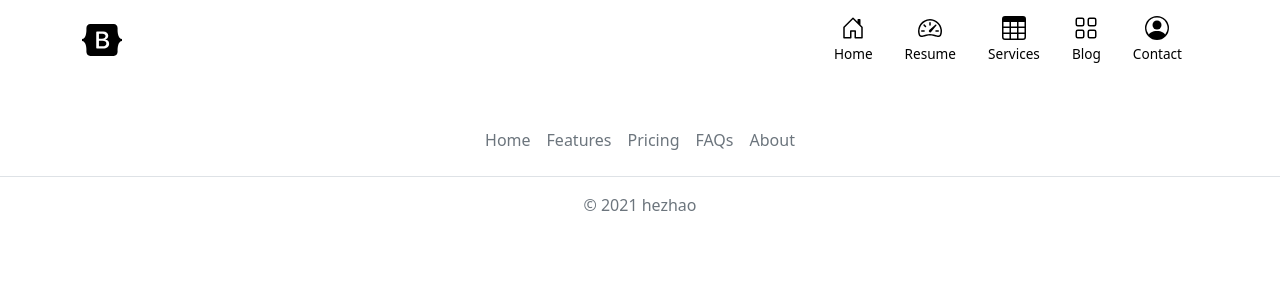
Repository: HeZhao-hugh/personal-web
Page: index.html
These files come from the project's save history. The page is drawn as it stood at one moment and after the next save; the edit follows.
The browser window is 1280 px wide. The pictures show the whole page.

Above is the page before, as saved 2022-01-19 17:48:11.

### index.html
<!DOCTYPE html>
<html lang="en">

<head>
    <meta charset="UTF-8">
    <meta http-equiv="X-UA-Compatible" content="IE=edge">
    <meta name="viewport" content="width=device-width, initial-scale=1.0">
    <link href="https://cdn.jsdelivr.net/npm/bootstrap@5.1.3/dist/css/bootstrap.min.css" rel="stylesheet"
        integrity="sha384-1BmE4kWBq78iYhFldvKuhfTAU6auU8tT94WrHftjDbrCEXSU1oBoqyl2QvZ6jIW3" crossorigin="anonymous">
    <script src="https://cdn.jsdelivr.net/npm/bootstrap@5.1.3/dist/js/bootstrap.bundle.min.js"
        integrity="sha384-ka7Sk0Gln4gmtz2MlQnikT1wXgYsOg+OMhuP+IlRH9sENBO0LRn5q+8nbTov4+1p" crossorigin="anonymous">
    </script>

    <!-- Custom styles for this template -->
    <link href="style.css" rel="stylesheet">
    <title>Document</title>
</head>

<body>
    <svg xmlns="http://www.w3.org/2000/svg" style="display: none;">
        <symbol id="bootstrap" viewBox="0 0 118 94">
            <title>Bootstrap</title>
            <path fill-rule="evenodd" clip-rule="evenodd"
                d="M24.509 0c-6.733 0-11.715 5.893-11.492 12.284.214 6.14-.064 14.092-2.066 20.577C8.943 39.365 5.547 43.485 0 44.014v5.972c5.547.529 8.943 4.649 10.951 11.153 2.002 6.485 2.28 14.437 2.066 20.577C12.794 88.106 17.776 94 24.51 94H93.5c6.733 0 11.714-5.893 11.491-12.284-.214-6.14.064-14.092 2.066-20.577 2.009-6.504 5.396-10.624 10.943-11.153v-5.972c-5.547-.529-8.934-4.649-10.943-11.153-2.002-6.484-2.28-14.437-2.066-20.577C105.214 5.894 100.233 0 93.5 0H24.508zM80 57.863C80 66.663 73.436 72 62.543 72H44a2 2 0 01-2-2V24a2 2 0 012-2h18.437c9.083 0 15.044 4.92 15.044 12.474 0 5.302-4.01 10.049-9.119 10.88v.277C75.317 46.394 80 51.21 80 57.863zM60.521 28.34H49.948v14.934h8.905c6.884 0 10.68-2.772 10.68-7.727 0-4.643-3.264-7.207-9.012-7.207zM49.948 49.2v16.458H60.91c7.167 0 10.964-2.876 10.964-8.281 0-5.406-3.903-8.178-11.425-8.178H49.948z">
            </path>
        </symbol>
        <symbol id="Home" viewBox="0 0 16 16">
            <path
                d="M8.354 1.146a.5.5 0 0 0-.708 0l-6 6A.5.5 0 0 0 1.5 7.5v7a.5.5 0 0 0 .5.5h4.5a.5.5 0 0 0 .5-.5v-4h2v4a.5.5 0 0 0 .5.5H14a.5.5 0 0 0 .5-.5v-7a.5.5 0 0 0-.146-.354L13 5.793V2.5a.5.5 0 0 0-.5-.5h-1a.5.5 0 0 0-.5.5v1.293L8.354 1.146zM2.5 14V7.707l5.5-5.5 5.5 5.5V14H10v-4a.5.5 0 0 0-.5-.5h-3a.5.5 0 0 0-.5.5v4H2.5z" />
        </symbol>
        <symbol id="Resume" viewBox="0 0 16 16">
            <path
                d="M8 4a.5.5 0 0 1 .5.5V6a.5.5 0 0 1-1 0V4.5A.5.5 0 0 1 8 4zM3.732 5.732a.5.5 0 0 1 .707 0l.915.914a.5.5 0 1 1-.708.708l-.914-.915a.5.5 0 0 1 0-.707zM2 10a.5.5 0 0 1 .5-.5h1.586a.5.5 0 0 1 0 1H2.5A.5.5 0 0 1 2 10zm9.5 0a.5.5 0 0 1 .5-.5h1.5a.5.5 0 0 1 0 1H12a.5.5 0 0 1-.5-.5zm.754-4.246a.389.389 0 0 0-.527-.02L7.547 9.31a.91.91 0 1 0 1.302 1.258l3.434-4.297a.389.389 0 0 0-.029-.518z" />
            <path fill-rule="evenodd"
                d="M0 10a8 8 0 1 1 15.547 2.661c-.442 1.253-1.845 1.602-2.932 1.25C11.309 13.488 9.475 13 8 13c-1.474 0-3.31.488-4.615.911-1.087.352-2.49.003-2.932-1.25A7.988 7.988 0 0 1 0 10zm8-7a7 7 0 0 0-6.603 9.329c.203.575.923.876 1.68.63C4.397 12.533 6.358 12 8 12s3.604.532 4.923.96c.757.245 1.477-.056 1.68-.631A7 7 0 0 0 8 3z" />
        </symbol>
        <symbol id="Services" viewBox="0 0 16 16">
            <path
                d="M0 2a2 2 0 0 1 2-2h12a2 2 0 0 1 2 2v12a2 2 0 0 1-2 2H2a2 2 0 0 1-2-2V2zm15 2h-4v3h4V4zm0 4h-4v3h4V8zm0 4h-4v3h3a1 1 0 0 0 1-1v-2zm-5 3v-3H6v3h4zm-5 0v-3H1v2a1 1 0 0 0 1 1h3zm-4-4h4V8H1v3zm0-4h4V4H1v3zm5-3v3h4V4H6zm4 4H6v3h4V8z" />
        </symbol>
        <symbol id="Contact" viewBox="0 0 16 16">
            <path d="M11 6a3 3 0 1 1-6 0 3 3 0 0 1 6 0z" />
            <path fill-rule="evenodd"
                d="M0 8a8 8 0 1 1 16 0A8 8 0 0 1 0 8zm8-7a7 7 0 0 0-5.468 11.37C3.242 11.226 4.805 10 8 10s4.757 1.225 5.468 2.37A7 7 0 0 0 8 1z" />
        </symbol>
        <symbol id="Blog" viewBox="0 0 16 16">
            <path
                d="M1 2.5A1.5 1.5 0 0 1 2.5 1h3A1.5 1.5 0 0 1 7 2.5v3A1.5 1.5 0 0 1 5.5 7h-3A1.5 1.5 0 0 1 1 5.5v-3zM2.5 2a.5.5 0 0 0-.5.5v3a.5.5 0 0 0 .5.5h3a.5.5 0 0 0 .5-.5v-3a.5.5 0 0 0-.5-.5h-3zm6.5.5A1.5 1.5 0 0 1 10.5 1h3A1.5 1.5 0 0 1 15 2.5v3A1.5 1.5 0 0 1 13.5 7h-3A1.5 1.5 0 0 1 9 5.5v-3zm1.5-.5a.5.5 0 0 0-.5.5v3a.5.5 0 0 0 .5.5h3a.5.5 0 0 0 .5-.5v-3a.5.5 0 0 0-.5-.5h-3zM1 10.5A1.5 1.5 0 0 1 2.5 9h3A1.5 1.5 0 0 1 7 10.5v3A1.5 1.5 0 0 1 5.5 15h-3A1.5 1.5 0 0 1 1 13.5v-3zm1.5-.5a.5.5 0 0 0-.5.5v3a.5.5 0 0 0 .5.5h3a.5.5 0 0 0 .5-.5v-3a.5.5 0 0 0-.5-.5h-3zm6.5.5A1.5 1.5 0 0 1 10.5 9h3a1.5 1.5 0 0 1 1.5 1.5v3a1.5 1.5 0 0 1-1.5 1.5h-3A1.5 1.5 0 0 1 9 13.5v-3zm1.5-.5a.5.5 0 0 0-.5.5v3a.5.5 0 0 0 .5.5h3a.5.5 0 0 0 .5-.5v-3a.5.5 0 0 0-.5-.5h-3z" />
        </symbol>
    </svg>

    <main>

        <header>
            <div class="px-5 py-2 bg-white text-black">
                <div class="container">
                    <div class="d-flex flex-wrap align-items-center justify-content-center justify-content-lg-start">
                        <a href="/"
                            class="d-flex align-items-center my-2 my-lg-0 me-lg-auto text-black text-decoration-none">
                            <svg class="bi me-2" width="40" height="32" role="img" aria-label="Bootstrap">
                                <use href="#bootstrap" /></svg>
                        </a>

                        <ul class="nav col-12 col-lg-auto my-2 justify-content-center my-md-0 text-small">
                            <li>
                                <a href="#" class="nav-link text-black">
                                    <svg class="bi d-block mx-auto mb-1" width="24" height="24">
                                        <use href="#Home" /></svg>
                                    Home
                                </a>
                            </li>
                            <li>
                                <a href="#" class="nav-link text-black">
                                    <svg class="bi d-block mx-auto mb-1" width="24" height="24">
                                        <use href="#Resume" /></svg>
                                    Resume
                                </a>
                            </li>
                            <li>
                                <a href="#" class="nav-link text-black">
                                    <svg class="bi d-block mx-auto mb-1" width="24" height="24">
                                        <use href="#Services" /></svg>
                                    Services
                                </a>
                            </li>

                            <li>
                                <a href="#" class="nav-link text-black">
                                    <svg class="bi d-block mx-auto mb-1" width="24" height="24">
                                        <use href="#Blog" /></svg>
                                    Blog
                                </a>
                            </li>
                            <li>
                                <a href="#" class="nav-link text-black">
                                    <svg class="bi d-block mx-auto mb-1" width="24" height="24">
                                        <use href="#Contact" /></svg>
                                    Contact
                                </a>
                            </li>
                        </ul>
                    </div>
                </div>
            </div>
        </header>
        <!-- pages -->
        <div class="pages">
            <!-- Home page -->
            <div id="Home" class="page">
                <div class="page-header">

                </div>
                <div class="page-content">

                </div>
            </div>
        </div>


        <footer class="py-3 my-4">
            <ul class="nav justify-content-center border-bottom pb-3 mb-3">
                <li class="nav-item"><a href="#" class="nav-link px-2 text-muted">Home</a></li>
                <li class="nav-item"><a href="#" class="nav-link px-2 text-muted">Features</a></li>
                <li class="nav-item"><a href="#" class="nav-link px-2 text-muted">Pricing</a></li>
                <li class="nav-item"><a href="#" class="nav-link px-2 text-muted">FAQs</a></li>
                <li class="nav-item"><a href="#" class="nav-link px-2 text-muted">About</a></li>
            </ul>
            <p class="text-center text-muted">&copy; 2021 hezhao</p>
        </footer>

    </main>
</body>

</html>

### style.css

  .form-control-dark {
    color: #fff;
    background-color: var(--bs-dark);
    border-color: var(--bs-gray);
  }
  .form-control-dark:focus {
    color: #fff;
    background-color: var(--bs-dark);
    border-color: #fff;
    box-shadow: 0 0 0 .25rem rgba(255, 255, 255, .25);
  }

  .bi {
    vertical-align: -.125em;
    fill: currentColor;
  }

  .text-small {
    font-size: 85%;
  }

  .dropdown-toggle {
    outline: 0;
  }

After the next save:
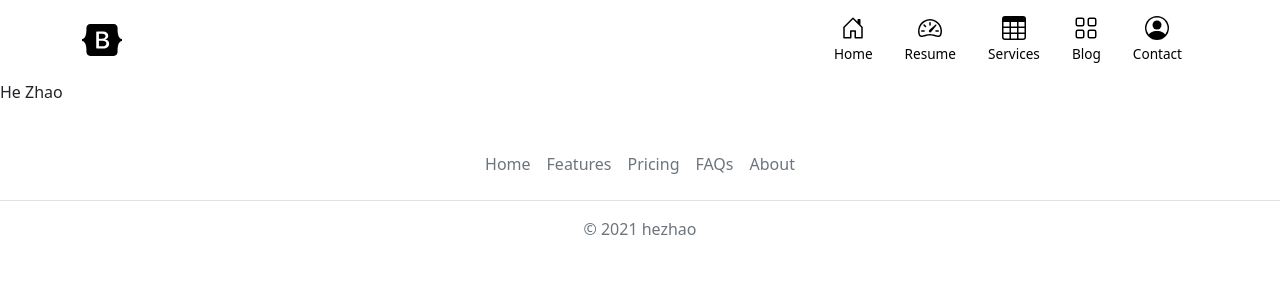
Saved 32 s later.
--- a/index.html
+++ b/index.html
@@ -108,7 +108,7 @@
             <!-- Home page -->
             <div id="Home" class="page">
                 <div class="page-header">
-
+                    He Zhao
                 </div>
                 <div class="page-content">
 
